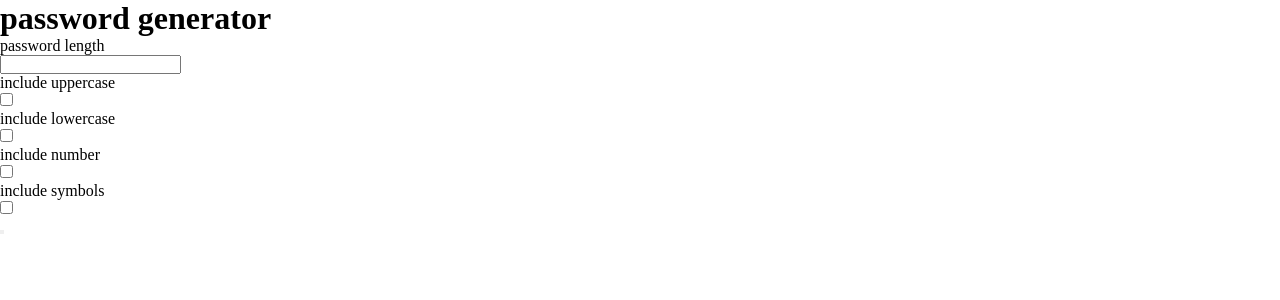
Repository: Eugene44-hub/password-generator
Page: index.html
The author's editor kept a copy of each file at every save. The page is drawn from the files as they stood at one save, then again after a run of saves.
The browser window is 1280 px wide. The pictures show the whole page.

Above is the page before, as saved 2021-09-23 10:20:19.

After the next 2 saves:
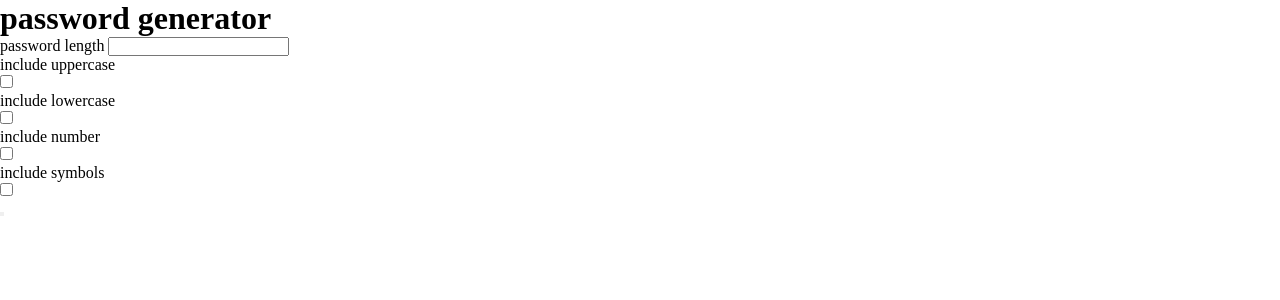
The 2 saves are shown as one change because they came seconds apart.
The last was saved 6 s later.
--- a/index.html
+++ b/index.html
@@ -16,7 +16,7 @@
 
         </div>
         <div class="select-options">
-            <p>password length</p>
+            <span>password length</span>
             <input type="number">
             <p>include uppercase</p><input type="checkbox" id="uppercase">
             <p>include lowercase</p><input type="checkbox" id="lowercase">

After the save that followed:
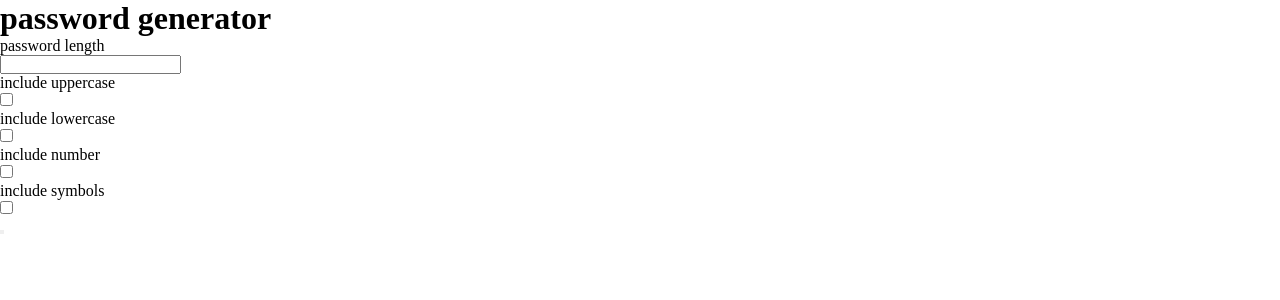
Saved 9 s later.
--- a/index.html
+++ b/index.html
@@ -16,7 +16,7 @@
 
         </div>
         <div class="select-options">
-            <span>password length</span>
+            <p>password length</p>
             <input type="number">
             <p>include uppercase</p><input type="checkbox" id="uppercase">
             <p>include lowercase</p><input type="checkbox" id="lowercase">
